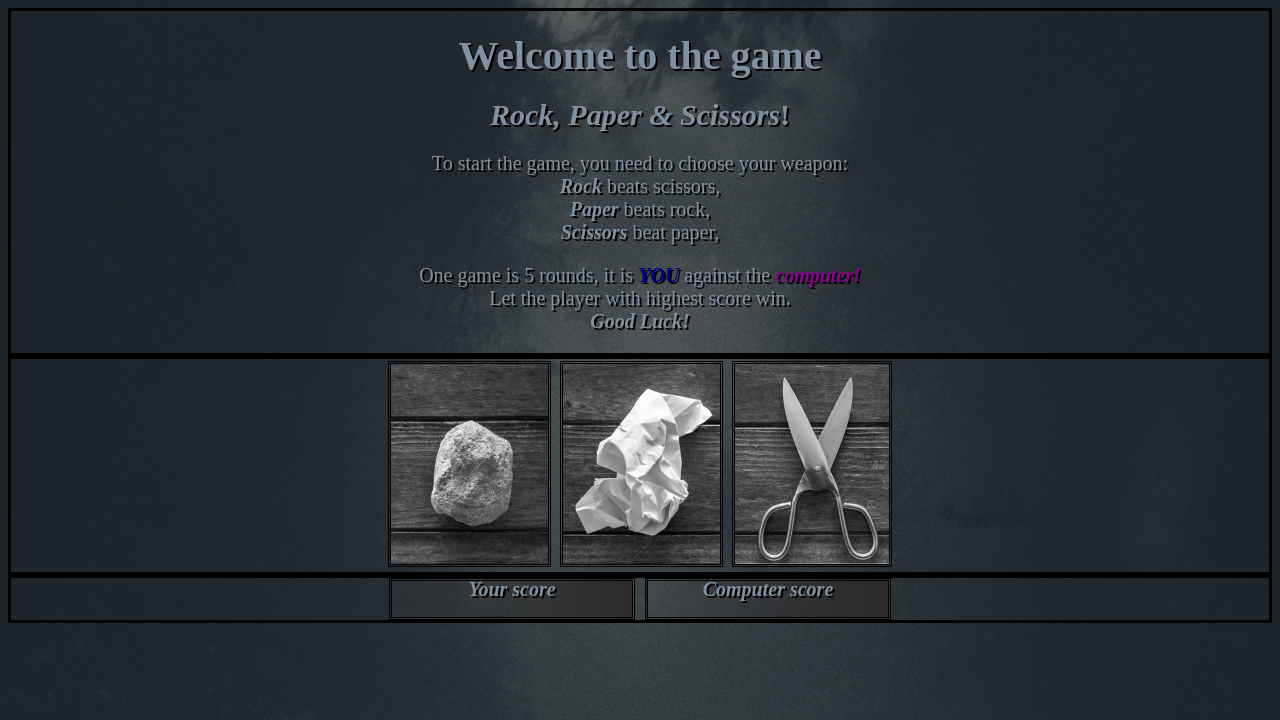
Repository: agneta1991/rock-paper-scissors
Page: Desktop/coding/index.html
These files come from the project's save history. The page is drawn as it stood at one moment and after the next save; the edit follows.
The browser window is 1280 px wide. The pictures show the whole page.

Above is the page before, as saved 2023-03-03 11:00:32.

### Desktop/coding/index.html
<!DOCTYPE html>
<html lang="en">
<head>
    <meta charset="UTF-8">
    <title>Rock Paper Scissors</title>
    <link rel="styleSheet" href='styles.css'>
</head>
<body>
    <script src="javascript.js" defer></script>
    <div class="container1">
        <div class="title">
            <h1>Welcome to the game </h1>
            <h2><span>Rock, Paper & Scissors</span>!</h2>
            <p>To start the game, you need to choose your weapon:<br>
            <span>Rock</span> beats scissors, <br>
            <span>Paper</span> beats rock, <br>
            <span>Scissors</span> beat paper,</p>
            <p>One game is 5 rounds, it is <span style="color: darkblue">YOU</span> against the <span style="color: darkmagenta">computer!</span><br>
            Let the player with highest score win.<br>
        <span>Good Luck!</span></p>
        </div>
    </div>
    <div class ="container2">
        <div class="options">
            <button class="rock"> <img src='images/rock.png'></button>
            <button class="paper"><img src='images/paper.png'></button>
            <button class="scissors"><img src='images/scissors.png'></button>
        </div>
    </div>
    <div class="container3">
        <div id="playerChoice"></div><div id="computerChoice"></div>
        <div class="score">
            <div class="playerScore"><span>Your score<span></span>
            <p class="displayedPlayerScore"></p></div>
            <div class="computerScore"><span>Computer score<span></span>
            <p class="displayedComputerScore"></p></div></div>
        </div>
    </div>
</body>
</html>

### Desktop/coding/styles.css
body{
    background-image: url('images/background.jpg');
    background-size:100%;
}
h1, h2{
    line-height: 90%;
}

.container1, .container2, .container3{
    border: solid black;
    color: rgb(128, 146, 161);
    text-shadow: 2px 2px black;
    font-size: 20px;
}
span{
    font-weight: bold;
    font-style: italic;
}
.container1{
    display: flex;
    justify-content: center;
    text-align: center;
}


img{
    width: auto ;
    height: 200px ;
    border-style: double;
}

.container2 {
    display: flex;
    justify-content: center;
    gap: 8px;
}
button{
    background-color: transparent;
    padding: 0%;
    border-color: transparent;
}


img {
    -webkit-filter:
    grayscale(100%);
    filter:grayscale(100%);
    -webkit-transition: .2s
    ease-in-out;
    transition: .2s ease-in-out;

}

img:hover {
    -webkit-filter:grayscale(0);
    filter:grayscale(0);

}

.playerScore, .computerScore {
    line-height: 80%;
    border: black;
    width: 240px;
    border-style: double;
    background-image: linear-gradient(to right, rgba(156, 146, 146, 0.055),rgb(44, 42, 42) );
}

.score{
    display: flex;
    justify-content: center;
    text-align: center;
    gap: 10px;

}

#playerChoice, #computerChoice{
    display: flex;
    justify-content: center;
    text-align: center;
    padding: 0%;
    font-size: 25px;
    display: flex;
    justify-content: center;
    text-align: center;
}

### Desktop/coding/javascript.js
const choice = ['rock', 'paper', 'scissors'];
function getComputerChoice(){
    let randomChoice = choice[Math.floor(Math.random()*choice.length)];
    document.getElementById('computerChoice').innerHTML = randomChoice;
}

function game(){
let btn = document.querySelectorAll('button');
btn.forEach((individualBtn)=>{
    individualBtn.addEventListener('click', function getPlayersChoice(){
        let playerChoice = individualBtn.className;
        document.getElementById('playerChoice').innerHTML = playerChoice + ' against ';

        if (playerChoice === 'rock' || 'paper' || 'scissors'){
            addColor();
        };

        function addColor(){
            individualBtn.style.border = 'solid darkblue';
        };

        getComputerChoice();

    });
});
}

game();

After the next save:
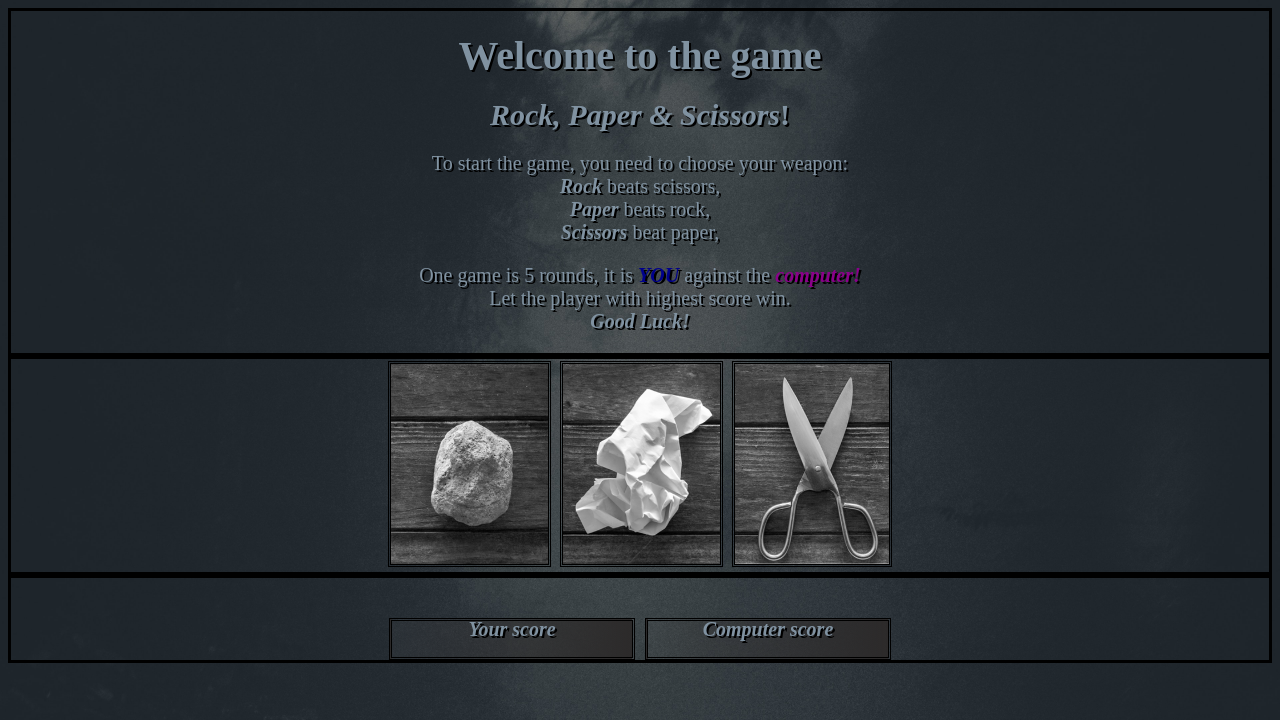
Saved 77 s later.
--- a/Desktop/coding/styles.css
+++ b/Desktop/coding/styles.css
@@ -77,7 +77,7 @@ img:hover {
     display: flex;
     justify-content: center;
     text-align: center;
-    padding: 0%;
+    padding: 10px;
     font-size: 25px;
     display: flex;
     justify-content: center;
